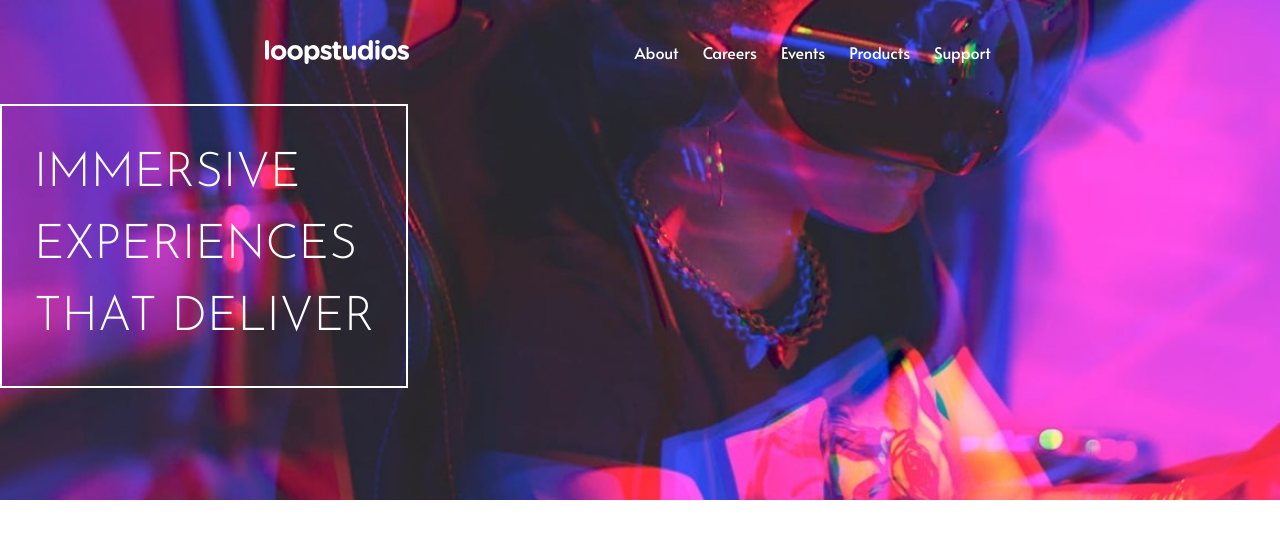
Repository: gligor99/loopstudios-fm
Page: /
An editor plug-in stored every save of this project. The page is shown before and after the next save, followed by the edit.
The browser window is 1280 px wide. The pictures show the whole page.
The project was rebuilt for these pictures with package versions that can differ from the ones it lists, and the page was loaded fresh each time.

Above is the page before, as saved 2021-11-28 15:19:48.

After the next save:
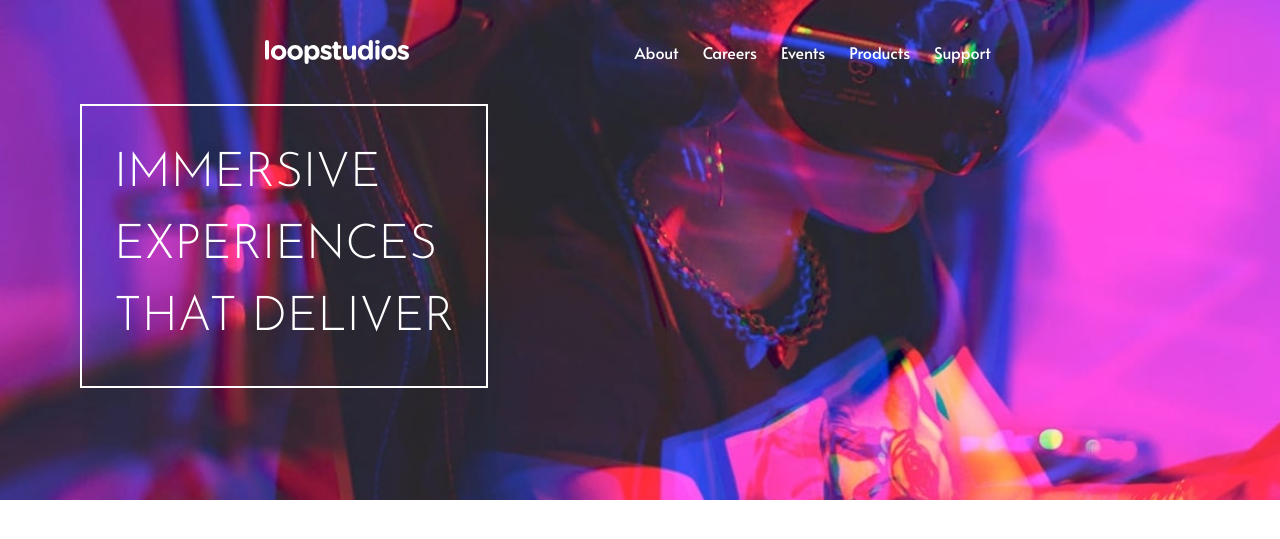
Saved 7 s later.
--- a/src/components/Hero/hero.css
+++ b/src/components/Hero/hero.css
@@ -8,7 +8,7 @@
 .container-content {
     display: flex;
     justify-content: flex-start;
-    width: 100%;
+    margin-left: 5rem;
 }
 
 .title {
